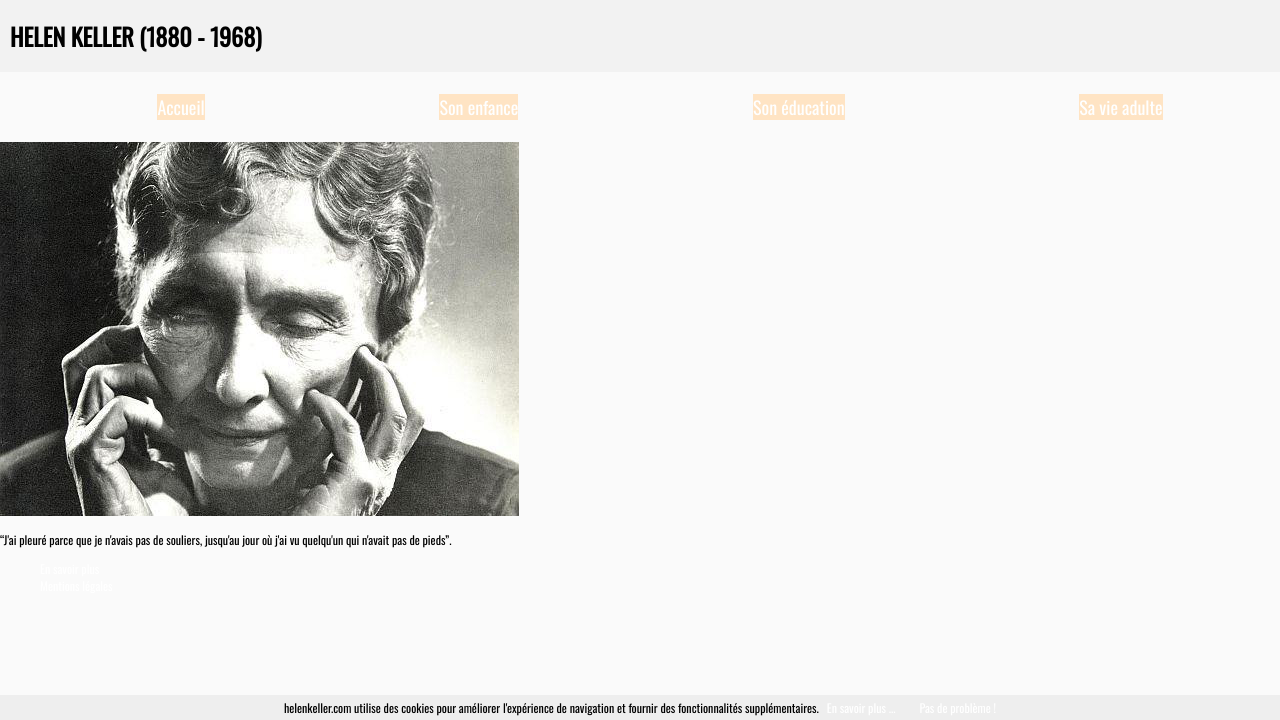
Repository: Luc010/Exercices
Page: HTML CSS/biographie_helen_keller/index.html
These files come from the project's save history. The page is drawn as it stood at one moment and after a run of saves; the edit follows.
The browser window is 1280 px wide. The pictures show the whole page.

Above is the page before, as saved 2019-09-05 16:30:15.

### HTML CSS/biographie_helen_keller/index.html
<!DOCTYPE html>
<html lang="fr">
<head>
    <title>Biographie Helen Keller - Accueil</title>
    <meta charset="UTF-8">
    <meta name="viewport" content="width=device-width, initial-scale=1.0">
    <meta http-equiv="X-UA-Compatible" content="ie=edge">
    <link href="style.css" rel="stylesheet">
</head>
<body>
    <header>
        <div class="brand">
            <h1>HELEN KELLER (1880 - 1968)</h1>
        </div>
    </header>
        <nav>
            <ul class="navbar">
                <li class="navlink"><a href="index.html">Accueil</a></li>
                <li class="navlink"><a href="enfance.html">Son enfance</a></li>
                <li class="navlink"><a href="education.html">Son éducation</a></li>
                <li class="navlink"><a href="adulte.html">Sa vie adulte</a></li>
            </ul>
        </nav>
        <main>
            <div class="container">
                <p><img src="img/hk.jpg" alt="helen Keller portrait"></p>
                <p>“J'ai pleuré parce que je n'avais pas de souliers, jusqu'au jour où j'ai vu quelqu'un qui n'avait pas de
                    pieds”.
                </p>
            </div>
        </main>
        <footer>
            <div class="container">
                <!-- ul>li*5>a{lien$} -->
                <ul>
                    <li><a href="savoirplus.html">En savoir plus</a></li>
                    <li><a href="mentions.html">Mentions légales</a></li>
                </ul>
            </div>
        </footer>
    <script src="cookiechoices.js"></script>
    <script>document.addEventListener('DOMContentLoaded', function(event) {
        cookieChoices.showCookieConsentBar('helenkeller.com utilise des cookies pour améliorer l\'expérience de navigation et fournir des fonctionnalités supplémentaires.',
          'Pas de problème !', 'En savoir plus ...', 'http://127.0.0.1:5500/biographie_helen_keller/adulte.html');
      });
    </script>
</body>
</html>

### HTML CSS/biographie_helen_keller/style.css
@import url('https://fonts.googleapis.com/css?family=Oswald&display=swap');

/* GENERAL */
*{
    box-sizing: border-box;
}
body{
    margin: 0;
    padding: 0;
    background-color: #fafafa;
    font-size: 12px;
    font-family: 'Oswald',corbel,calibri,sans-serif;
}
h1{
    margin: 0;
}
a{
    text-decoration: none;
    color: white;
}
li{
    list-style: none;
}
.navbar{
    height: 46px;
    display: flex;
    justify-content: space-around;
    align-items: center;

}
.navlink{
    display: block;
    font-size: 18px;
    background-color: bisque;
}
/* HEADER */

header{
    background-color: #f2f2f2;
    height: 72px;
    display:flex;
    align-items: center;
}
.brand{
    text-indent: 10px;
}

### HTML CSS/biographie_helen_keller/cookiechoices.js
/*
 Copyright 2014 Google Inc. All rights reserved.

 Licensed under the Apache License, Version 2.0 (the "License");
 you may not use this file except in compliance with the License.
 You may obtain a copy of the License at

 http://www.apache.org/licenses/LICENSE-2.0

 Unless required by applicable law or agreed to in writing, software
 distributed under the License is distributed on an "AS IS" BASIS,
 WITHOUT WARRANTIES OR CONDITIONS OF ANY KIND, either express or implied.
 See the License for the specific language governing permissions and
 limitations under the License.
 */

(function(window) {

  if (!!window.cookieChoices) {
    return window.cookieChoices;
  }

  var document = window.document;
  // IE8 does not support textContent, so we should fallback to innerText.
  var supportsTextContent = 'textContent' in document.body;

  var cookieChoices = (function() {

    var cookieName = 'displayCookieConsent';
    var cookieConsentId = 'cookieChoiceInfo';
    var dismissLinkId = 'cookieChoiceDismiss';

    function _createHeaderElement(cookieText, dismissText, linkText, linkHref) {
      var butterBarStyles = 'position:fixed;width:100%;background-color:#eee;' +
          'margin:0; left:0; bottom:0;padding:4px;z-index:1000;text-align:center;';

      var cookieConsentElement = document.createElement('div');
      cookieConsentElement.id = cookieConsentId;
      cookieConsentElement.style.cssText = butterBarStyles;
      cookieConsentElement.appendChild(_createConsentText(cookieText));

      if (!!linkText && !!linkHref) {
        cookieConsentElement.appendChild(_createInformationLink(linkText, linkHref));
      }
      cookieConsentElement.appendChild(_createDismissLink(dismissText));
      return cookieConsentElement;
    }

    function _createDialogElement(cookieText, dismissText, linkText, linkHref) {
      var glassStyle = 'position:fixed;width:100%;height:100%;z-index:999;' +
          'top:0;left:0;opacity:0.5;filter:alpha(opacity=50);' +
          'background-color:#ccc;';
      var dialogStyle = 'z-index:1000;position:fixed;left:50%;top:50%';
      var contentStyle = 'position:relative;left:-50%;margin-top:-25%;' +
          'background-color:#fff;padding:20px;box-shadow:4px 4px 25px #888;';

      var cookieConsentElement = document.createElement('div');
      cookieConsentElement.id = cookieConsentId;

      var glassPanel = document.createElement('div');
      glassPanel.style.cssText = glassStyle;

      var content = document.createElement('div');
      content.style.cssText = contentStyle;

      var dialog = document.createElement('div');
      dialog.style.cssText = dialogStyle;

      var dismissLink = _createDismissLink(dismissText);
      dismissLink.style.display = 'block';
      dismissLink.style.textAlign = 'right';
      dismissLink.style.marginTop = '8px';

      content.appendChild(_createConsentText(cookieText));
      if (!!linkText && !!linkHref) {
        content.appendChild(_createInformationLink(linkText, linkHref));
      }
      content.appendChild(dismissLink);
      dialog.appendChild(content);
      cookieConsentElement.appendChild(glassPanel);
      cookieConsentElement.appendChild(dialog);
      return cookieConsentElement;
    }

    function _setElementText(element, text) {
      if (supportsTextContent) {
        element.textContent = text;
      } else {
        element.innerText = text;
      }
    }

    function _createConsentText(cookieText) {
      var consentText = document.createElement('span');
      _setElementText(consentText, cookieText);
      return consentText;
    }

    function _createDismissLink(dismissText) {
      var dismissLink = document.createElement('a');
      _setElementText(dismissLink, dismissText);
      dismissLink.id = dismissLinkId;
      dismissLink.href = '#';
      dismissLink.style.marginLeft = '24px';
      return dismissLink;
    }

    function _createInformationLink(linkText, linkHref) {
      var infoLink = document.createElement('a');
      _setElementText(infoLink, linkText);
      infoLink.href = linkHref;
      infoLink.target = '_blank';
      infoLink.style.marginLeft = '8px';
      return infoLink;
    }

    function _dismissLinkClick() {
      _saveUserPreference();
      _removeCookieConsent();
      return false;
    }

    function _showCookieConsent(cookieText, dismissText, linkText, linkHref, isDialog) {
      if (_shouldDisplayConsent()) {
        _removeCookieConsent();
        var consentElement = (isDialog) ?
            _createDialogElement(cookieText, dismissText, linkText, linkHref) :
            _createHeaderElement(cookieText, dismissText, linkText, linkHref);
        var fragment = document.createDocumentFragment();
        fragment.appendChild(consentElement);
        document.body.appendChild(fragment.cloneNode(true));
        document.getElementById(dismissLinkId).onclick = _dismissLinkClick;
      }
    }

    function showCookieConsentBar(cookieText, dismissText, linkText, linkHref) {
      _showCookieConsent(cookieText, dismissText, linkText, linkHref, false);
    }

    function showCookieConsentDialog(cookieText, dismissText, linkText, linkHref) {
      _showCookieConsent(cookieText, dismissText, linkText, linkHref, true);
    }

    function _removeCookieConsent() {
      var cookieChoiceElement = document.getElementById(cookieConsentId);
      if (cookieChoiceElement != null) {
        cookieChoiceElement.parentNode.removeChild(cookieChoiceElement);
      }
    }

    function _saveUserPreference() {
      // Set the cookie expiry to one year after today.
      var expiryDate = new Date();
      expiryDate.setFullYear(expiryDate.getFullYear() + 1);
      document.cookie = cookieName + '=y; expires=' + expiryDate.toGMTString();
    }

    function _shouldDisplayConsent() {
      // Display the header only if the cookie has not been set.
      return !document.cookie.match(new RegExp(cookieName + '=([^;]+)'));
    }

    var exports = {};
    exports.showCookieConsentBar = showCookieConsentBar;
    exports.showCookieConsentDialog = showCookieConsentDialog;
    return exports;
  })();

  window.cookieChoices = cookieChoices;
  return cookieChoices;
})(this);

After the next 2 saves:
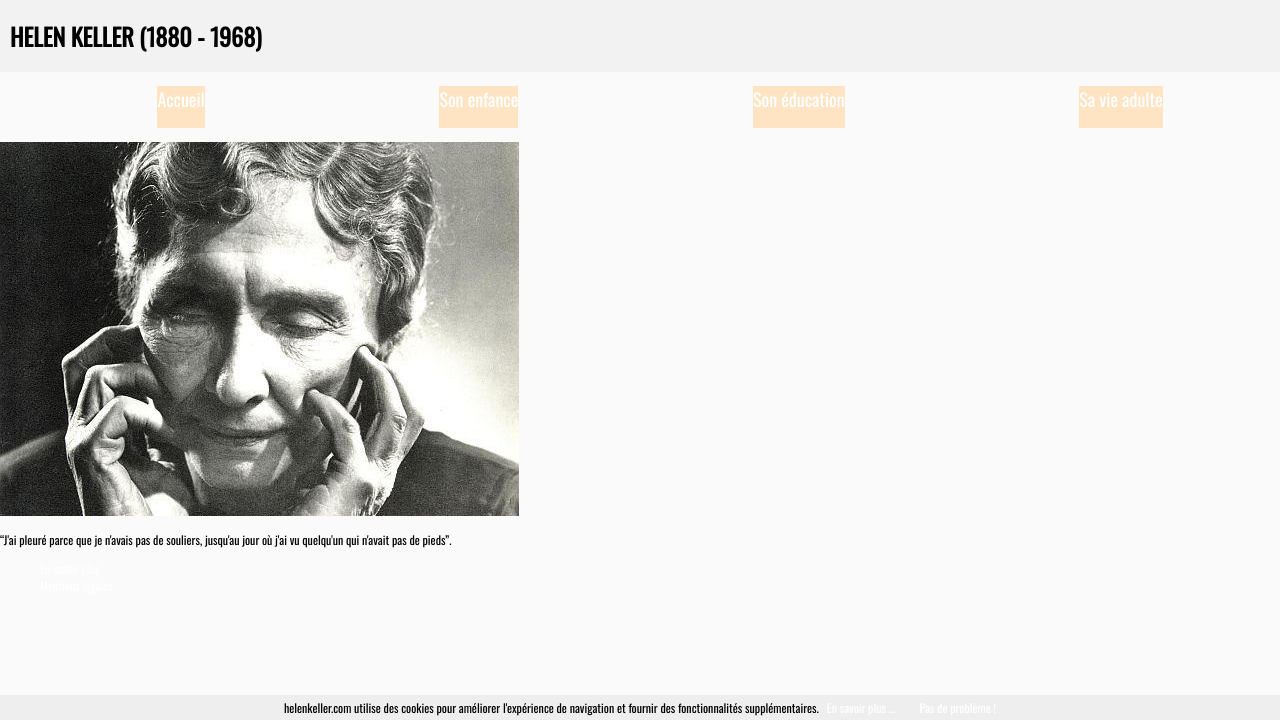
The 2 saves are shown as one change because they came seconds apart.
The last was saved 36 s later.
--- a/HTML CSS/biographie_helen_keller/style.css
+++ b/HTML CSS/biographie_helen_keller/style.css
@@ -30,6 +30,7 @@ li{
 }
 .navlink{
     display: block;
+    height: 42px;
     font-size: 18px;
     background-color: bisque;
 }
